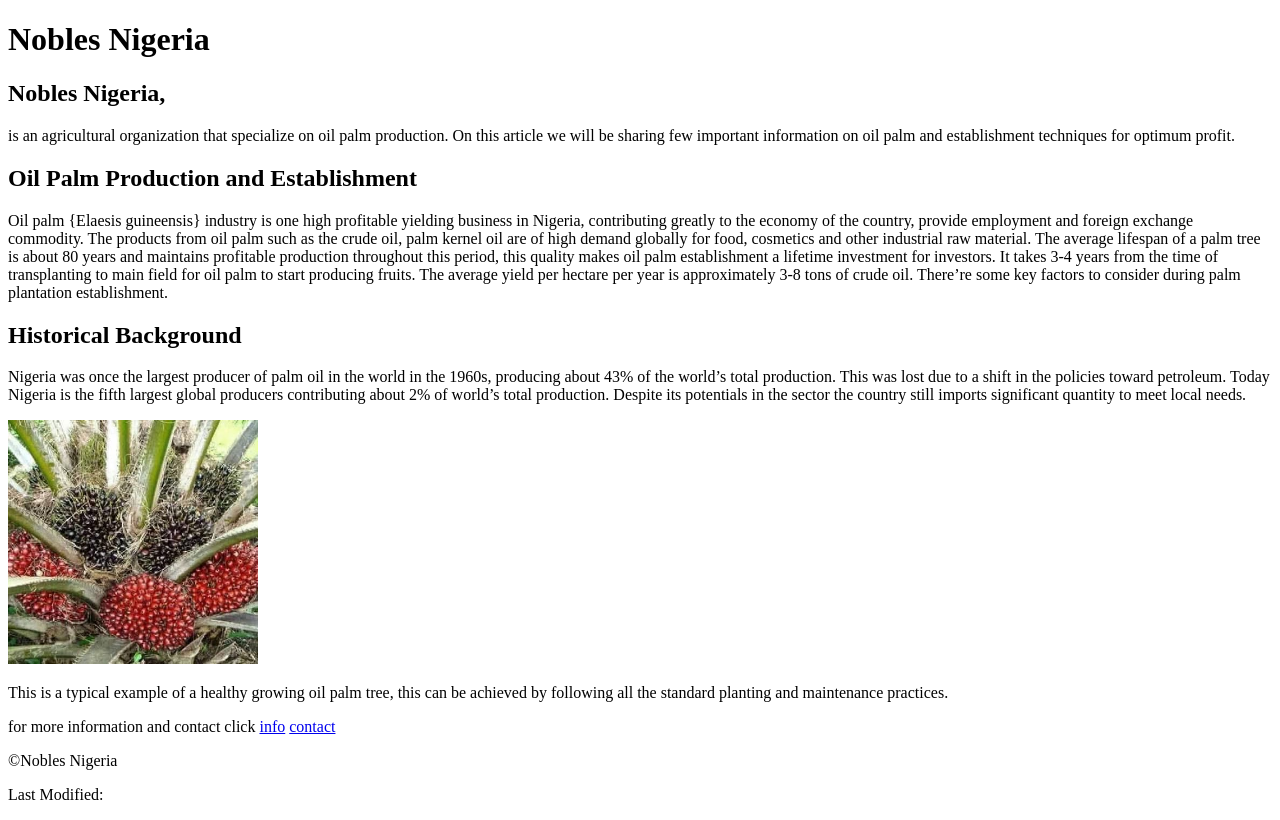
Repository: NoblesNigeria/wdd131
Page: wdd131-project/course-project.html
An editor plug-in stored every save of this project. The page is shown before and after the next save, followed by the edit.
The browser window is 1280 px wide. The pictures show the whole page.

Above is the page before, as saved 2025-12-03 13:52:33.

After the next save:
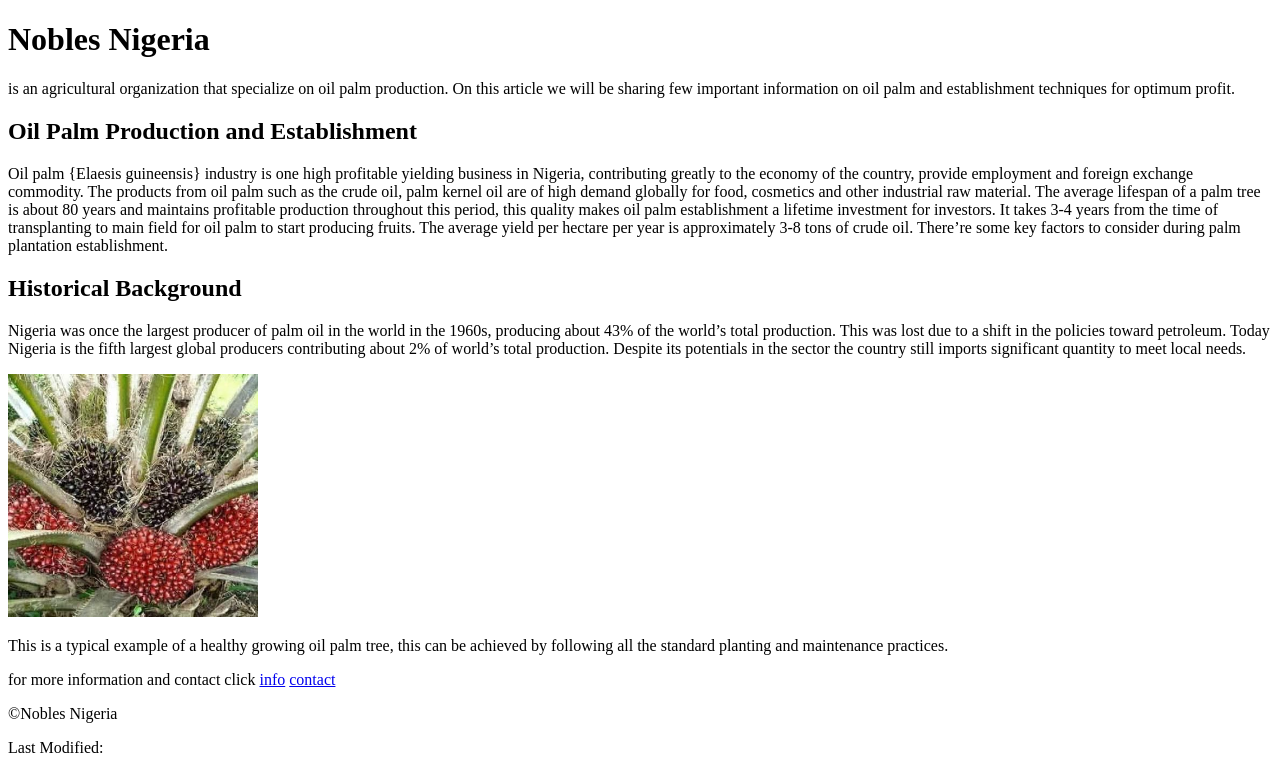
Saved 39 s later.
--- a/wdd131-project/course-project.html
+++ b/wdd131-project/course-project.html
@@ -15,7 +15,7 @@
         <h1>Nobles Nigeria</h1>
     </header>
     <main>
-        <p><h2>Nobles Nigeria,</h2>is an agricultural organization that specialize on oil palm production. On this article we will be sharing few important information on oil palm and establishment techniques for optimum profit. </p>
+        <p>is an agricultural organization that specialize on oil palm production. On this article we will be sharing few important information on oil palm and establishment techniques for optimum profit. </p>
         <h2>Oil Palm Production and Establishment</h2>
         <p>Oil palm {Elaesis guineensis} industry is one high profitable yielding
 business in Nigeria, contributing greatly to the economy of the
